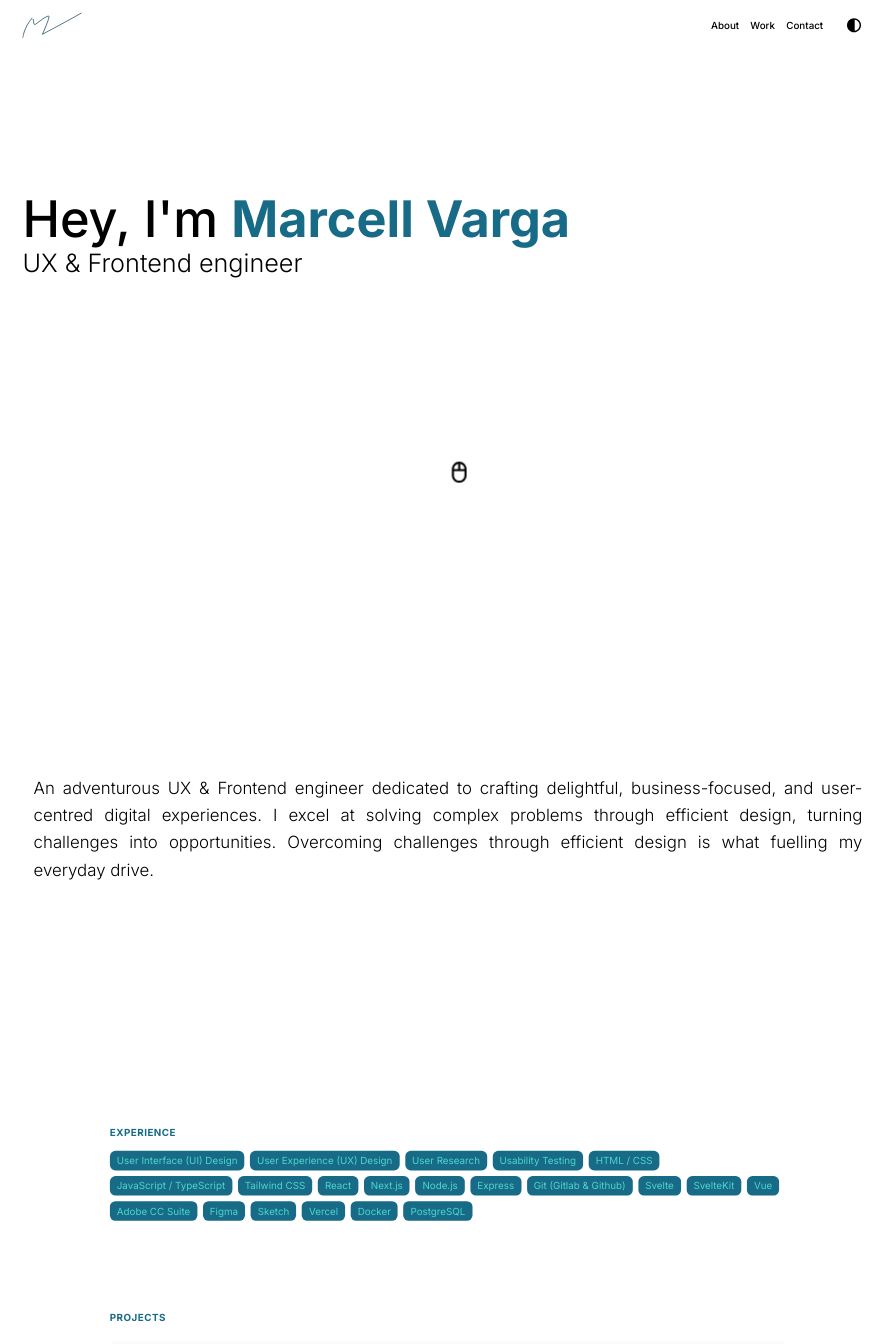
Repository: TheMarcellVarga/personal-portfolio-v.2
Page: /
An editor plug-in stored every save of this project. The page is shown before and after the next save, followed by the edit.
The browser window is 1280 px wide. The pictures show the part of the page from y = 0 to 1920 px (the page is 4330 px tall), at 70% of full size.
The project was rebuilt for these pictures with package versions that can differ from the ones it lists, and the page was loaded fresh each time. The framework's server and built-in components were replaced by stand-ins that run in the browser. Also part of the build but not shown: next.config.mjs.

Above is the page before, as saved 2024-06-16 20:50:02.

### app/layout.tsx
import type { Metadata } from "next";
import { Inter } from "next/font/google";
import "./globals.css";

const inter = Inter({ subsets: ["latin"] });

export const metadata: Metadata = {
  title: {
    template: "%s | Marcell Varga",
    default: "Marcell Varga",
  },
  description: "Marcell Varga Portfolio | UX & Frontend Engineer",
};
export default function RootLayout({
  children,
}: Readonly<{
  children: React.ReactNode;
}>) {
  return (
    <html lang="en">
      <body className={inter.className}>{children}</body>
    </html>
  );
}

### app/globals.css
@tailwind base;
@tailwind components;
@tailwind utilities;

/* :root {
  --foreground-rgb: 0, 0, 0;
  --background-start-rgb: 214, 219, 220;
  --background-end-rgb: 255, 255, 255;
}

@media (prefers-color-scheme: dark) {
  :root {
    --foreground-rgb: 255, 255, 255;
    --background-start-rgb: 0, 0, 0;
    --background-end-rgb: 0, 0, 0;
  }
}

body {
  color: rgb(var(--foreground-rgb));
  background: linear-gradient(
      to bottom,
      transparent,
      rgb(var(--background-end-rgb))
    )
    rgb(var(--background-start-rgb));
}

@layer utilities {
  .text-balance {
    text-wrap: balance;
  }
} */

/* Light mode */
body {
  background-color: white;
  color: black;
}

/* Dark mode */
.dark body {
  background-color: black;
  color: white;
}

/* globals.css */
.svg-pink {
  fill: pink;
}

/* In your CSS file */
.light .dark-mode-icon {
  fill: #ffffff
}

.dark .dark-mode-icon {
  fill: #ffffff; /* Dark mode color */
}

@-webkit-keyframes animate-svg-stroke-1 {
  0% {
    stroke-dashoffset: 210.06117248535156px;
    stroke-dasharray: 210.06117248535156px;
  }

  100% {
    stroke-dashoffset: 420.1223449707031px;
    stroke-dasharray: 210.06117248535156px;
  }
}

@keyframes animate-svg-stroke-1 {
  0% {
    stroke-dashoffset: 210.06117248535156px;
    stroke-dasharray: 210.06117248535156px;
  }

  100% {
    stroke-dashoffset: 420.1223449707031px;
    stroke-dasharray: 210.06117248535156px;
  }
}

.svg-elem-1 {
  -webkit-animation: animate-svg-stroke-1 1s ease-in-out 1s both;
  animation: animate-svg-stroke-1 1s ease-in-out 1s both;
}

@-webkit-keyframes animate-svg-stroke-2 {
  0% {
    stroke-dashoffset: 798.271240234375px;
    stroke-dasharray: 798.271240234375px;
  }

  100% {
    stroke-dashoffset: 1596.54248046875px;
    stroke-dasharray: 798.271240234375px;
  }
}

@keyframes animate-svg-stroke-2 {
  0% {
    stroke-dashoffset: 798.271240234375px;
    stroke-dasharray: 798.271240234375px;
  }

  100% {
    stroke-dashoffset: 1596.54248046875px;
    stroke-dasharray: 798.271240234375px;
  }
}

.svg-elem-2 {
  -webkit-animation: animate-svg-stroke-2 1s ease-in-out 1.12s both;
  animation: animate-svg-stroke-2 1s ease-in-out 1.12s both;
}

@-webkit-keyframes animate-svg-stroke-3 {
  0% {
    stroke-dashoffset: 2px;
    stroke-dasharray: 2px;
  }

  100% {
    stroke-dashoffset: 4px;
    stroke-dasharray: 2px;
  }
}

@keyframes animate-svg-stroke-3 {
  0% {
    stroke-dashoffset: 2px;
    stroke-dasharray: 2px;
  }

  100% {
    stroke-dashoffset: 4px;
    stroke-dasharray: 2px;
  }
}

.svg-elem-3 {
  -webkit-animation: animate-svg-stroke-3 1s ease-in-out 1.24s both;
  animation: animate-svg-stroke-3 1s ease-in-out 1.24s both;
}

/* CSS for the overlay */
.nav-overlay {
  position: fixed;
  top: 0;
  right: 0;
  width: 80%; /* Adjust the width as needed */
  height: 100%;
  background-color: rgba(23, 107, 135, 1); /* Semi-transparent background */
  transform: translateX(100%); /* Hidden off-screen to the right */
  transition: transform 0.3s ease-out; /* Smooth transition */
  display: flex;
  flex-direction: column;
  justify-content: space-between; /* Pushes the button to the bottom */
  align-items: center;
  padding: 2rem;
  z-index: 2;
 }

 .nav-overlay.open {
  transform: translateX(0); /* Slide in from the right */
 }

/* Hamburger menu with increased z-index when open */
.md\:hidden {
  cursor: pointer;
  z-index: 2; /* Default z-index */
}

.md\:hidden.open {
  z-index: 5; /* Increased z-index when open */
}

/* Hamburger menu lines */
.md\:hidden > div {
  transition: all 0.3s ease;
}

/* Top line of the hamburger menu */
.md\:hidden > div:nth-child(1) {
  transform-origin: center;
}

/* Middle line of the hamburger menu */
.md\:hidden > div:nth-child(2) {
  transform-origin: center;
}

/* Bottom line of the hamburger menu */
.md\:hidden > div:nth-child(3) {
  transform-origin: center;
}

/* Animation for the hamburger menu to become a cross */
.md\:hidden.open > div:nth-child(1) {
  transform: rotate(45deg);
}

.md\:hidden.open > div:nth-child(2) {
  opacity: 0;
}

.md\:hidden.open > div:nth-child(3) {
  transform: rotate(-45deg);
}

/* Hamburger menu with increased z-index when open */
.md\:hidden {
  cursor: pointer;
  z-index: 2; /* Default z-index */
}

.md\:hidden.open {
  z-index: 5; /* Increased z-index when open */
}

/* CSS for the close button */
.close-btn {
  position: absolute;
  top: 1rem;
  right: 1rem;
  background: none;
  border: none;
  font-size: 1.5rem;
  color: #fff;
  cursor: pointer;
}

/* globals.css */
.sticky-header {
  position: sticky;
  top: 0;
  z-index: 1000; /* Ensure the header stays on top of other content */
}

.pink-svg {
  filter: hue-rotate(300deg); /* Adjust the degree value as needed */
}

@keyframes moveDown {
  0% {
    transform: translateY(0);
  }
  100% {
    transform: translateY(15px); /* Adjust the value as needed */
  }
}

.animate-moveDown {
  animation: moveDown 2s infinite alternate ease-in-out; /* Adjust the duration as needed */
}

.globe-container {
  display: flex;
  justify-content: center;
  align-items: center;
  width: 100%;
  height: 500px; /* Adjust based on your desired height */
}

### public/icons/indexSigAnimated.tsx
import React from "react";

interface IconProps {
  isDarkMode: boolean;
  isOpen: boolean;
}

const IndexSigAnimatedIcon: React.FC<IconProps> = ({ isDarkMode, isOpen }) => {
  return (
    <svg
      className="svg-elem-1"
      width="85"
      height="37"
      viewBox="0 0 85 37"
      fill="none"
      xmlns="http://www.w3.org/2000/svg"
    >
      <g clipPath="url(#clip0_18_152)">
        <path
          stroke={isOpen ? "#053B50" : isDarkMode ? "white" : "#053B50"}
          strokeLinecap="round"
          strokeLinejoin="round"
          d="M0.396973 36.3291C0.396973 36.3291 1.80464 21.811 13.6633 7.89246"
        />
        <path
          stroke={isOpen ? "#053B50" : isDarkMode ? "white" : "#053B50"}
          strokeLinecap="round"
          strokeLinejoin="round"
          d="M84.6029 0.378418C83.4907 1.72562 28.5188 31.0478 28.5188 31.0478C34.2765 18.2493 39.5275 5.38881 37.4414 4.87415C37.3274 4.8523 37.2096 4.85749 37.0982 4.88928C31.574 6.017 19.8186 16.4677 17.715 17.2805C17.665 17.3015 17.6107 17.3113 17.5561 17.3093C16.4821 17.2881 15.8514 13.5856 15.4907 9.68776"
        />
      </g>
      <defs>
        <clipPath id="clip0_18_152">
          <rect width="85" height="36.7076" fill="white" />
        </clipPath>
      </defs>
    </svg>
  );
};

export default IndexSigAnimatedIcon;

### public/icons/darkMode.tsx
import React from "react";

interface IconProps {
  isDarkMode: boolean;
  isOpen: boolean;
}

const DarkModeIcon: React.FC<IconProps> = ({ isDarkMode, isOpen }) => {
  return (
    <svg
      xmlns="http://www.w3.org/2000/svg"
      height="24px"
      viewBox="0 -960 960 960"
      width="24px"
      fill="none"
    >
      <path
        fill={isOpen ? "white" : isDarkMode ? "white" : "black"}
        d="M480-80q-83 0-156-31.5T197-197q-54-54-85.5-127T80-480q0-83 31.5-156T197-763q54-54 127-85.5T480-880q83 0 156 31.5T763-763q54 54 85.5 127T880-480q0 83-31.5 156T763-197q-54 54-127 85.5T480-80Zm40-83q119-15 199.5-104.5T800-480q0-123-80.5-212.5T520-797v634Z"
      />
    </svg>
  );
};

export default DarkModeIcon;

### public/icons/linkedin.tsx
import React from "react";

interface LinkedInIconProps {
  isDarkMode: boolean;
  isOpen: boolean;
}

const LinkedInIcon: React.FC<LinkedInIconProps> = ({ isDarkMode, isOpen }) => {
  return (
    <svg
      width="22"
      height="22"
      viewBox="0 0 22 22"
      fill="none"
      xmlns="http://www.w3.org/2000/svg"
    >
      <path
        d="M20.25 0.5H2.24531C1.42031 0.5 0.75 1.17969 0.75 2.01406V19.9859C0.75 20.8203 1.42031 21.5 2.24531 21.5H20.25C21.075 21.5 21.75 20.8203 21.75 19.9859V2.01406C21.75 1.17969 21.075 0.5 20.25 0.5ZM7.09687 18.5H3.98438V8.47812H7.10156V18.5H7.09687ZM5.54062 7.10938C4.54219 7.10938 3.73594 6.29844 3.73594 5.30469C3.73594 4.31094 4.54219 3.5 5.54062 3.5C6.53437 3.5 7.34531 4.31094 7.34531 5.30469C7.34531 6.30312 6.53906 7.10938 5.54062 7.10938ZM18.7641 18.5H15.6516V13.625C15.6516 12.4625 15.6281 10.9672 14.0344 10.9672C12.4125 10.9672 12.1641 12.2328 12.1641 13.5406V18.5H9.05156V8.47812H12.0375V9.84687H12.0797C12.4969 9.05937 13.5141 8.22969 15.0281 8.22969C18.1781 8.22969 18.7641 10.3062 18.7641 13.0062V18.5Z"
        fill={isOpen ? "white" : isDarkMode ? "white" : "black"}
      />
    </svg>
  );
};

export default LinkedInIcon;

### public/icons/openResume.tsx
import React from "react";

interface IconProps {
  isDarkMode: boolean;
  isHover: boolean;
}

const DarkModeIcon: React.FC<IconProps> = ({ isDarkMode, isHover }) => {
  return (
    <svg
      xmlns="http://www.w3.org/2000/svg"
      width="36"
      height="36"
      viewBox="0 0 512 512"
    >
      <path
        fill={isHover ? "blue" : isDarkMode ? "white" : "black"}
        d="M320 0c-17.7 0-32 14.3-32 32s14.3 32 32 32h82.7L201.4 265.4c-12.5 12.5-12.5 32.8 0 45.3s32.8 12.5 45.3 0L448 109.3V192c0 17.7 14.3 32 32 32s32-14.3 32-32V32c0-17.7-14.3-32-32-32H320zM80 32C35.8 32 0 67.8 0 112V432c0 44.2 35.8 80 80 80H400c44.2 0 80-35.8 80-80V320c0-17.7-14.3-32-32-32s-32 14.3-32 32V432c0 8.8-7.2 16-16 16H80c-8.8 0-16-7.2-16-16V112c0-8.8 7.2-16 16-16H192c17.7 0 32-14.3 32-32s-14.3-32-32-32H80z"
      />
    </svg>
  );
};

export default DarkModeIcon;

### public/icons/github.tsx
import React from "react";

interface IconProps {
  isDarkMode: boolean;
  isOpen: boolean;
}

const GitHubIcon: React.FC<IconProps> = ({ isDarkMode, isOpen }) => {
  return (
    <svg
      width="24"
      height="24"
      viewBox="0 0 24 24"
      fill="none"
      xmlns="http://www.w3.org/2000/svg"
    >
      <g clip-path="url(#clip0_21_650)">
        <path
          d="M8.52656 18.6281C8.52656 18.7219 8.41875 18.7969 8.28281 18.7969C8.12812 18.8109 8.02031 18.7359 8.02031 18.6281C8.02031 18.5344 8.12813 18.4594 8.26406 18.4594C8.40469 18.4453 8.52656 18.5203 8.52656 18.6281ZM7.06875 18.4172C7.03594 18.5109 7.12969 18.6187 7.27031 18.6469C7.39219 18.6937 7.53281 18.6469 7.56094 18.5531C7.58906 18.4594 7.5 18.3516 7.35938 18.3094C7.2375 18.2766 7.10156 18.3234 7.06875 18.4172ZM9.14062 18.3375C9.00469 18.3703 8.91094 18.4594 8.925 18.5672C8.93906 18.6609 9.06094 18.7219 9.20156 18.6891C9.3375 18.6562 9.43125 18.5672 9.41719 18.4734C9.40312 18.3844 9.27656 18.3234 9.14062 18.3375ZM12.225 0.375C5.72344 0.375 0.75 5.31094 0.75 11.8125C0.75 17.0109 4.02188 21.4594 8.69531 23.025C9.29531 23.1328 9.50625 22.7625 9.50625 22.4578C9.50625 22.1672 9.49219 20.5641 9.49219 19.5797C9.49219 19.5797 6.21094 20.2828 5.52188 18.1828C5.52188 18.1828 4.9875 16.8187 4.21875 16.4672C4.21875 16.4672 3.14531 15.7312 4.29375 15.7453C4.29375 15.7453 5.46094 15.8391 6.10312 16.9547C7.12969 18.7641 8.85 18.2437 9.52031 17.9344C9.62813 17.1844 9.93281 16.6641 10.2703 16.3547C7.65 16.0641 5.00625 15.6844 5.00625 11.175C5.00625 9.88594 5.3625 9.23906 6.1125 8.41406C5.99062 8.10938 5.59219 6.85312 6.23438 5.23125C7.21406 4.92656 9.46875 6.49688 9.46875 6.49688C10.4062 6.23438 11.4141 6.09844 12.4125 6.09844C13.4109 6.09844 14.4188 6.23438 15.3563 6.49688C15.3563 6.49688 17.6109 4.92188 18.5906 5.23125C19.2328 6.85781 18.8344 8.10938 18.7125 8.41406C19.4625 9.24375 19.9219 9.89062 19.9219 11.175C19.9219 15.6984 17.1609 16.0594 14.5406 16.3547C14.9719 16.725 15.3375 17.4281 15.3375 18.5297C15.3375 20.1094 15.3234 22.0641 15.3234 22.4484C15.3234 22.7531 15.5391 23.1234 16.1344 23.0156C20.8219 21.4594 24 17.0109 24 11.8125C24 5.31094 18.7266 0.375 12.225 0.375ZM5.30625 16.5422C5.24531 16.5891 5.25938 16.6969 5.33906 16.7859C5.41406 16.8609 5.52187 16.8938 5.58281 16.8328C5.64375 16.7859 5.62969 16.6781 5.55 16.5891C5.475 16.5141 5.36719 16.4812 5.30625 16.5422ZM4.8 16.1625C4.76719 16.2234 4.81406 16.2984 4.90781 16.3453C4.98281 16.3922 5.07656 16.3781 5.10938 16.3125C5.14219 16.2516 5.09531 16.1766 5.00156 16.1297C4.90781 16.1016 4.83281 16.1156 4.8 16.1625ZM6.31875 17.8312C6.24375 17.8922 6.27187 18.0328 6.37969 18.1219C6.4875 18.2297 6.62344 18.2437 6.68437 18.1688C6.74531 18.1078 6.71719 17.9672 6.62344 17.8781C6.52031 17.7703 6.37969 17.7563 6.31875 17.8312ZM5.78438 17.1422C5.70937 17.1891 5.70937 17.3109 5.78438 17.4188C5.85938 17.5266 5.98594 17.5734 6.04688 17.5266C6.12187 17.4656 6.12187 17.3438 6.04688 17.2359C5.98125 17.1281 5.85938 17.0813 5.78438 17.1422Z"
          fill={isOpen ? "white" : isDarkMode ? "white" : "black"}
        />
      </g>
      <defs>
        <clipPath id="clip0_21_650">
          <rect
            width="23.25"
            height="24"
            fill={isOpen ? "white" : isDarkMode ? "white" : "black"}
            transform="translate(0.75)"
          />
        </clipPath>
      </defs>
    </svg>
  );
};

export default GitHubIcon;

### public/icons/mouseScroll.tsx
import React from "react";

interface IconProps {
  isDarkMode: boolean;
  isOpen: boolean;
}

const MouseScrollIcon: React.FC<IconProps> = ({ isDarkMode, isOpen }) => {
  return (
    <svg
      className="animate-moveDown"
      width="36"
      height="36"
      viewBox="0 0 36 36"
      fill="none"
      xmlns="http://www.w3.org/2000/svg"
    >
      <path
        d="M18 32.9999C15.1 32.9999 12.625 31.9749 10.575 29.9249C8.525 27.8749 7.5 25.3999 7.5 22.4999V13.4999C7.5 10.5999 8.525 8.12494 10.575 6.07494C12.625 4.02494 15.1 2.99994 18 2.99994C20.9 2.99994 23.375 4.02494 25.425 6.07494C27.475 8.12494 28.5 10.5999 28.5 13.4999V22.4999C28.5 25.3999 27.475 27.8749 25.425 29.9249C23.375 31.9749 20.9 32.9999 18 32.9999ZM19.5 13.4999H25.5C25.5 11.6999 24.9313 10.1124 23.7938 8.73744C22.6563 7.36244 21.225 6.49994 19.5 6.14994V13.4999ZM10.5 13.4999H16.5V6.14994C14.775 6.49994 13.3438 7.36244 12.2063 8.73744C11.0688 10.1124 10.5 11.6999 10.5 13.4999ZM18 29.9999C20.075 29.9999 21.8438 29.2687 23.3063 27.8062C24.7688 26.3437 25.5 24.5749 25.5 22.4999V16.4999H10.5V22.4999C10.5 24.5749 11.2313 26.3437 12.6938 27.8062C14.1563 29.2687 15.925 29.9999 18 29.9999Z"
        fill={isOpen ? "white" : isDarkMode ? "white" : "black"}
      />
    </svg>
  );
};

export default MouseScrollIcon;

### app/useWindowSize.tsx
import { useState, useEffect } from "react";

const useWindowSize = () => {
  const [windowSize, setWindowSize] = useState({
    width: undefined as number | undefined,
    height: undefined as number | undefined,
  });

  useEffect(() => {
    // Check if window object is available
    if (typeof window!== "undefined") {
      const handleResize = () => {
        setWindowSize({
          width: window.innerWidth * 0.6,
          height: window.innerHeight * 0.6,
        });
      };

      window.addEventListener("resize", handleResize);
      handleResize();

      return () => window.removeEventListener("resize", handleResize);
    }
  }, []);

  return windowSize;
};

export default useWindowSize;

### tailwind.config.ts
import type { Config } from "tailwindcss";

const config: Config = {
  content: [
    "./pages/**/*.{js,ts,jsx,tsx,mdx}",
    "./components/**/*.{js,ts,jsx,tsx,mdx}",
    "./app/**/*.{js,ts,jsx,tsx,mdx}",
  ],
  theme: {
    extend: {
      backgroundImage: {
        "gradient-radial": "radial-gradient(var(--tw-gradient-stops))",
        "gradient-conic":
          "conic-gradient(from 180deg at 50% 50%, var(--tw-gradient-stops))",
      },
      backgroundColor: {
        "custom-light": "#FFFFFF",
        "custom-dark": "#0f172a",
      },
      colors: {
        "custom-blue": "#176B87",
        "custom-teal": "#4FD5CC",
      },
    },
  },
  variants: {
    extend: {
      backgroundColor: ["hover"],
      borderColor: ["hover"],
    },
  },
  darkMode: "class",
  plugins: [],
};

export default config;

Loaded but not shown: app/page.tsx (740 lines, source omitted)

After the next save:
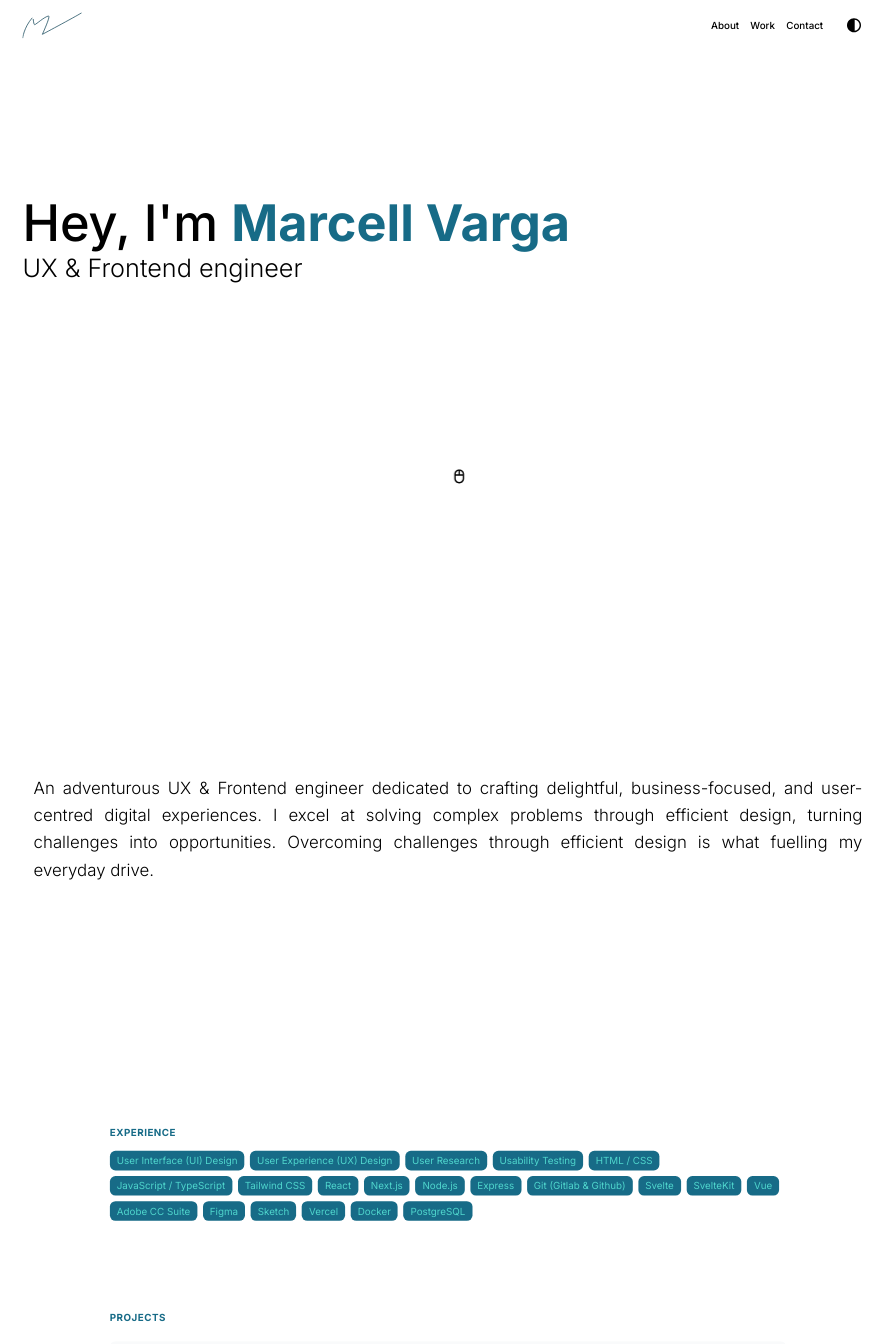
Saved 16 s later.
--- a/public/icons/mouseScroll.tsx
+++ b/public/icons/mouseScroll.tsx
@@ -9,8 +9,8 @@ const MouseScrollIcon: React.FC<IconProps> = ({ isDarkMode, isOpen }) => {
   return (
     <svg
       className="animate-moveDown"
-      width="36"
-      height="36"
+      width="24"
+      height="24"
       viewBox="0 0 36 36"
       fill="none"
       xmlns="http://www.w3.org/2000/svg"
